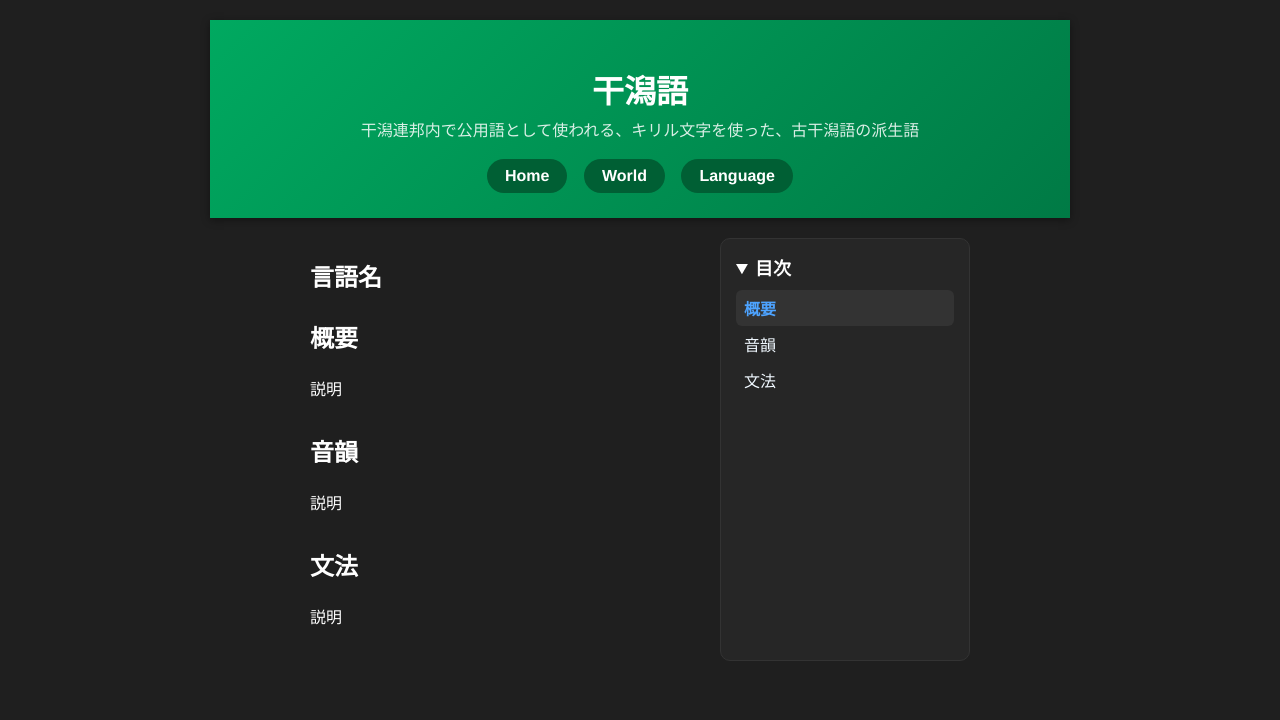
Repository: Player5270-antake/Player5270-antake.github.io
Page: language/hagalen/index.html
An editor plug-in stored every save of this project. The page is shown before and after the next save, followed by the edit.
The browser window is 1280 px wide. The pictures show the whole page.

Above is the page before, as saved 2026-03-08 14:38:42.

### language/hagalen/index.html
<!DOCTYPE html>
<html lang="ja">
<head>
    <meta charset="UTF-8">
    <meta name="viewport" content="width=device-width, initial-scale=1.0">
    <title>干潟語 | あんたけのガレージセンター</title>
    <link rel="stylesheet" href="../../css/style.css">
</head>
<body>
    <div class="container">
        <header>
            <h1>干潟語</h1>
            <p>干潟連邦内で公用語として使われる、キリル文字を使った、古干潟語の派生語</p>
            <nav>
                <a href="../../">Home</a>
                <a href="../../world/">World</a>
                <a href="../">Language</a>
            </nav>
        </header>
        <main>
            <div class="page-layout">

                <article class="article">
                <h1>言語名</h1>

                <section id="overview">
                <h2>概要</h2>
                <p>説明</p>
                </section>

                <section id="phonology">
                <h2>音韻</h2>
                <p>説明</p>
                </section>

                <section id="grammar">
                <h2>文法</h2>
                <p>説明</p>
                </section>

                </article>


                <details class="toc" open>
                <summary>目次</summary>
                <ul>
                <li><a href="#overview">概要</a></li>
                <li><a href="#phonology">音韻</a></li>
                <li><a href="#grammar">文法</a></li>
                </ul>
                </details>

                </div>
        </main>
    </div>
    <script src="../../javascript/script.js"></script>
</body>
</html>

### css/style.css
/*全体設定*/
*{
    box-sizing:border-box;
}

body{
    background-color:#1f1f1f;
    color: white;
    font-family:'Helvetica Neue','Helvetica','Arial',sans-serif;
    margin:0;
}

html{
    scroll-behavior:smooth;
}

.container{
    max-width:900px;
    margin:0 auto;
    padding:20px;
}

/*ヘッダー設定*/
header{
    background: linear-gradient(135deg,#00a960,#007a45);
    padding:25px;
    text-align:center;
    position:sticky;
    top:0;
    z-index:1000;
    background:linear-gradient(135deg,#00a960,#007a45);
    box-shadow:0 2px 8px rgba(0,0,0,0.4);
}

header h1{
    margin-bottom:5px;
    font-size:32px;
}

header p{
    margin-top:0;
    opacity:0.85;
}

/*ヘッダーUI設定*/
nav{
    margin-top:18px;
}

nav a{
    text-decoration:none;
    color:white;
    background-color:#005f34;
    padding:8px 18px;
    margin:0 6px;
    border-radius:20px;
    font-weight:bold;
    display:inline-block;
}

nav a:hover{
    background-color:#004d2b;
    transform:translateY(-2px);
}

/*本文設定*/
main{
    padding:20px;
    margin-top:20px;
    max-width:700px;
    margin:auto;
}

section{
    margin-bottom:30px;
}

h2{
    margin-bottom:10px;
}

/*本文お知らせ設定*/
.news-list{
    list-style:none;
    padding:0;
    margin-top:10px;
}

.news-list li{
    background:#2a2a2a;
    padding:12px 15px;
    border-radius:8px;
    margin-bottom:10px;
}

.timeline time{
    font-weight:bold;
    color:#00d07a;
    min-width:100px;
}

.timeline li:hover{
    background:#2a2a2a;
}


/*本文UI設定*/
.cards{
    display:grid;
    grid-template-columns:repeat(auto-fit,minmax(250px,1fr));
    gap:20px;
    margin-top:15px;
}

.card{
    display:block;
    background:#2a2a2a;
    padding:20px;
    border-radius:12px;
    text-decoration:none;
    color:aliceblue;
    transition: transform 0.2s, background 0.2s;
    text-align:center;
    height:100%;
}


.card h3{
    margin-top:0;
    margin-bottom:8px;
}

.card:hover{
    background:#333;
    transform:translateY(-3px);
    box-shadow:0 6px 18px rgba(0,0,0,0.4);
}

.card-icon{
    font-size:28px;
    margin-bottom:8px;
}

/*フッター設定*/
footer{
    margin-top:40px;
    padding:25px;
    text-align:center;
    background:#181818;
    border-top:1px solid #333;
}

/*フッターUI設定*/
.footer-nav{
    margin-top:10px;
}

.footer-nav a{
    text-decoration:none;
    color:#aaa;
    margin:0 10px;
}

.footer-nav a:hover{
    color:white;
}

/*ページ目次欄*/
.toc{
    position:sticky;
    top:20px;

    background:#262626;
    border:1px solid #333;
    border-radius:10px;
    padding:15px;
}

.toc summary{
    font-size:18px;
    cursor:pointer;
    font-weight:bold;
}

.toc ul{
    list-style:none;
    padding:0;
    margin:10px 0 0 0;
}

.toc a{
    display:block;
    padding:6px 8px;
    border-radius:6px;
    text-decoration:none;
    color:aliceblue;
}

.toc a.active{
    background:#333;
    color:#4da3ff;
    font-weight:bold;
}

.toc a:hover{
    background:#333;
}

.toc a:hover{
    background:#333;
}

/*ページ設定*/
.page-layout{
    display:grid;
    grid-template-columns:1fr 250px;
    gap:40px;
}

.article{
    max-width:800px;
    line-height:1.7;
}

/*スマホ向け*/
@media (max-width:900px){

    .page-layout{
        grid-template-columns:1fr;
    }

    .toc{
        position:static;
    }
}

### javascript/script.js
const sections = document.querySelectorAll("section");
const links = document.querySelectorAll(".toc a");

const observer = new IntersectionObserver(entries => {

entries.forEach(entry => {

if(entry.isIntersecting){

links.forEach(link => {
link.classList.remove("active");
});

const id = entry.target.getAttribute("id");
const activeLink = document.querySelector(`.toc a[href="#${id}"]`);

if(activeLink){
activeLink.classList.add("active");
}

}

});

},{
rootMargin: "-40% 0px -55% 0px"
});

sections.forEach(section=>{
observer.observe(section);
});

After the next save:
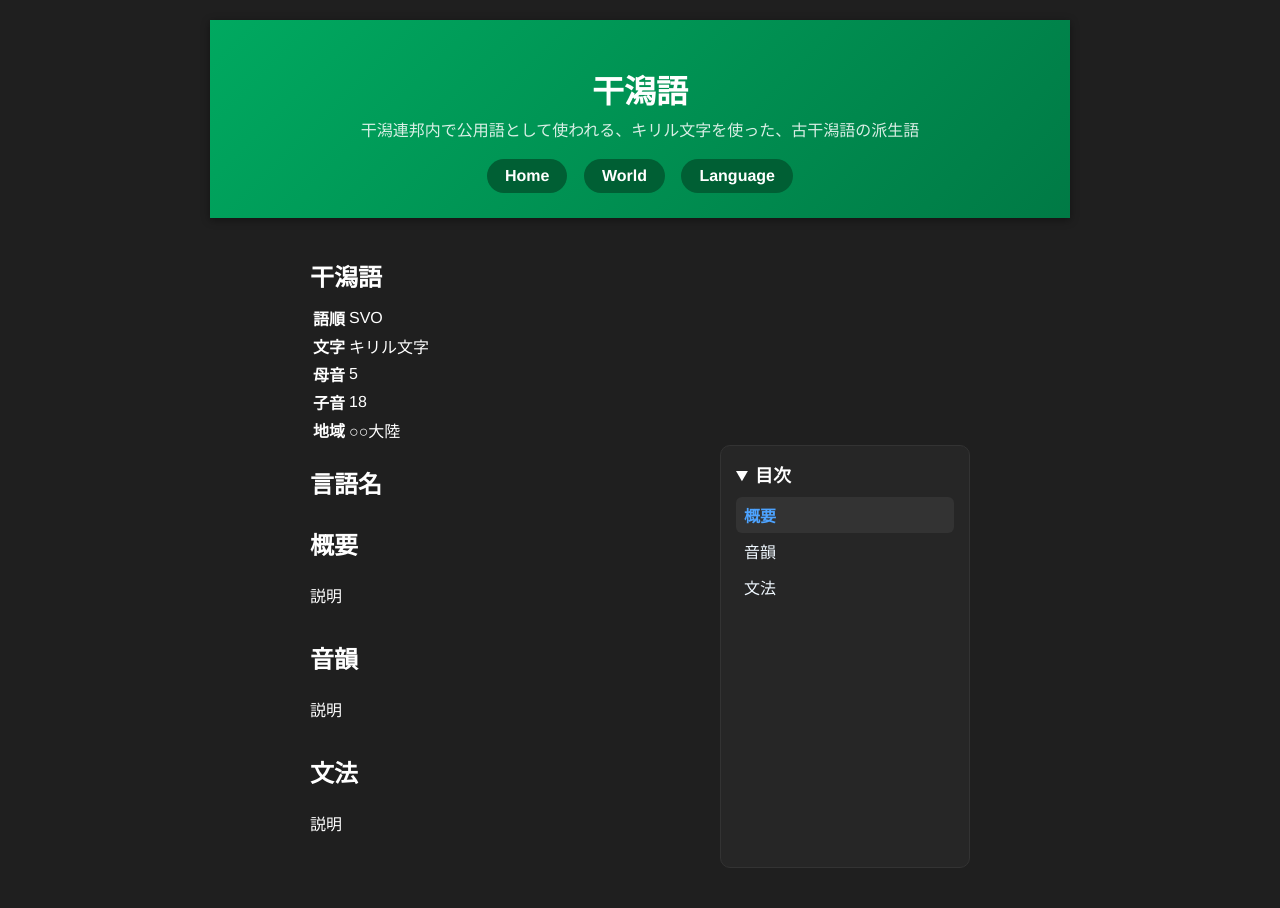
Saved 7 min 53 s later.
--- a/language/hagalen/index.html
+++ b/language/hagalen/index.html
@@ -18,6 +18,39 @@
             </nav>
         </header>
         <main>
+            <aside class="infobox">
+
+                <h2>干潟語</h2>
+
+                <table>
+
+                <tr>
+                <th>語順</th>
+                <td>SVO</td>
+                </tr>
+
+                <tr>
+                <th>文字</th>
+                <td>キリル文字</td>
+                </tr>
+
+                <tr>
+                <th>母音</th>
+                <td>5</td>
+                </tr>
+
+                <tr>
+                <th>子音</th>
+                <td>18</td>
+                </tr>
+
+                <tr>
+                <th>地域</th>
+                <td>○○大陸</td>
+                </tr>
+
+                </table>
+            </aside>
             <div class="page-layout">
 
                 <article class="article">
